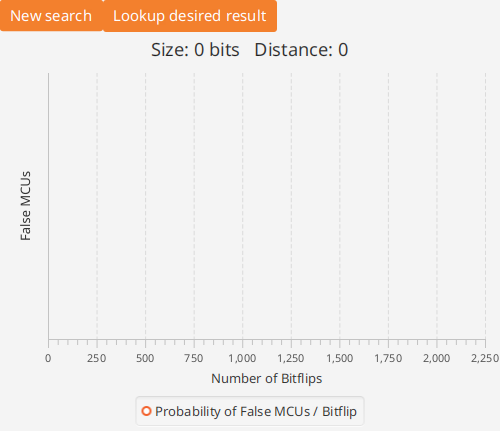
Repository: jalguacilgon/TFG-MemoryRadiation-JesusAlguacilGonzalez
Program's window: java TFG/MemoryRadiation/src/linechart/Memory.java
The author's editor kept a copy of each file at every save. The program's window is drawn from the files as they stood at one save, then again after the next save.
It runs on Java 21 on a 1366 x 768 screen with JavaFX 11; the title bar is not drawn.

Above is the program's window before, as saved 2021-09-08 18:00:57.

### TFG/MemoryRadiation/src/linechart/Memory.java
package linechart;

import java.io.IOException;

import form.MethodSelection;
import javafx.application.Application;
import javafx.stage.Stage;
import resources.FormToMemoryController;
import resources.MemoryToWindowController;
import javafx.scene.Scene;
import javafx.scene.chart.LineChart;
import javafx.scene.chart.NumberAxis;
import javafx.scene.chart.XYChart;
import javafx.scene.control.Button;
import javafx.scene.layout.HBox;
import javafx.scene.layout.Priority;
import javafx.scene.layout.StackPane;
import javafx.scene.layout.VBox;
import javafx.scene.text.Font;


public class Memory extends Application {

	private int size;
	private int D;
	private MethodSelection method;

	private double [] errors;
	private int nBitflips = 2000;


	@Override
	public void start(Stage primaryStage) {
		init(primaryStage);
	}

	private void init(Stage primaryStage) {
		// TODO Auto-generated method stub
		NumberAxis xAxis = new NumberAxis();
		xAxis.setLabel("Number of Bitflips");

		NumberAxis yAxis = new NumberAxis();
		yAxis.setLabel("False MCUs");

		LineChart<Number, Number> lineChart = new LineChart<Number, Number>(xAxis, yAxis);
		lineChart.setTitle("Size: " + this.size + " bits   Distance: " + this.D);

		XYChart.Series<Number, Number> data = new XYChart.Series<>();
		data.setName("Probability of False MCUs / Bitflip");

		if(this.method == MethodSelection.MD)
			this.calculateMD(data);
		else
			this.calculateIND(data);

		lineChart.getData().add(data);

        StackPane spLineChart = new StackPane();
        spLineChart.getChildren().add(lineChart);

        Button formButton = new Button("New search");
        formButton.setOnMouseClicked((event)->{
            FormToMemoryController controller = new FormToMemoryController();
            try {
            	controller.switchToForm(event);
			} catch (IOException e) {
				e.printStackTrace();
			}
        });
        formButton.setStyle("-fx-text-fill: white;-fx-background-color: #f3802d;-fx-cursor: hand;");
        Font font = new Font("Cantara", 15);
        formButton.setFont(font);

        Button windowButton = new Button("Lookup desired result");
        windowButton.setOnMouseClicked((event)->{
            MemoryToWindowController controller = new MemoryToWindowController();
            try {
            	controller.switchToWindow(event, this);
			} catch (IOException e) {
				e.printStackTrace();
			}
        });
        windowButton.setStyle("-fx-text-fill: white;-fx-background-color: #f3802d;-fx-cursor: hand;");
        windowButton.setFont(font);

        HBox hbox = new HBox();
        hbox.getChildren().addAll(formButton, windowButton);

        StackPane spButton = new StackPane();
        spButton.getChildren().add(hbox);

        VBox vbox = new VBox();
        VBox.setVgrow(spLineChart, Priority.ALWAYS);
        vbox.getChildren().addAll(spButton, spLineChart);

        HBox.setHgrow(spLineChart, Priority.ALWAYS);
        VBox.setVgrow(spLineChart, Priority.ALWAYS);

        Scene scene = new Scene(vbox);

		primaryStage.setTitle("Memory Radiation");
		primaryStage.setScene(scene);
		primaryStage.show();


	}

	private void calculateMD(XYChart.Series<Number, Number> data) {
		this.errors = new double [this.nBitflips + 1];
		double Np, Nbf, Nfm2;
		for(int i = 0; i <= this.nBitflips; ++i) {
			Nbf = i;
			Np =  (Nbf * (Nbf - 1))/2;
			Nfm2 = Math.pow(this.size, -1) * Np * 2 * this.D * (this.D + 1);
			this.errors[i] = 1 - Math.pow(Math.E, -Nfm2);
			System.out.println(i + ": Nbf: " + Nbf + ", Np: " + Np + ", Nfm2: " + Nfm2);
			data.getData().add(new XYChart.Data<Number, Number>(i, this.errors[i]));
		}
	}

	private void calculateIND(XYChart.Series<Number, Number> data) {
		this.errors = new double [this.nBitflips + 1];
		double Np, Nbf, Nfm2;
		for(int i = 1; i <= this.nBitflips; ++i) {
			Nbf = i;
			Np =  (Nbf * (Nbf - 1))/2;
			Nfm2 = Math.pow(this.size, -1) * Np * 4 * this.D * (this.D + 1);
			this.errors[i] = 1 - Math.pow(Math.E, -Nfm2);
			System.out.println(i + ": Nbf: " + Nbf + ", Np: " + Np + ", Nfm2: " + Nfm2);
			data.getData().add(new XYChart.Data<Number, Number>(i, this.errors[i]));
		}
	}

	public String findDesiredFalseMCUs(double desiredFalseMCUs) {
		for (int i = 0; i < this.errors.length; ++i) {
			if(this.errors[i] >= desiredFalseMCUs)
				return "" + i;
		}
		return "Could not find expected result";
	}

	public void setSize(int size) {
		this.size = size;
	}

	public void setD(int d) {
		D = d;
	}

	public void setMethod(MethodSelection method) {
		this.method = method;
	}
}

### TFG/MemoryRadiation/src/form/MethodSelection.java
package form;

public enum MethodSelection {
	MD,
	IND
}

After the next save:
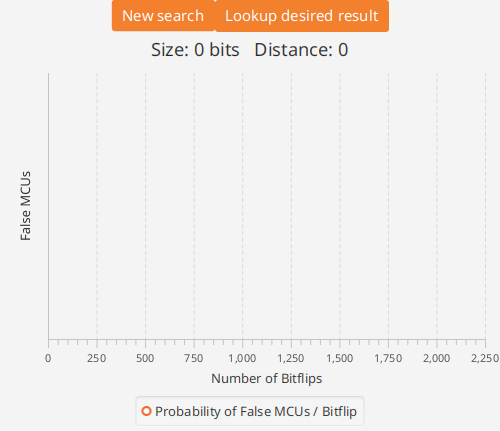
Saved 2 min 58 s later.
--- a/TFG/MemoryRadiation/src/linechart/Memory.java
+++ b/TFG/MemoryRadiation/src/linechart/Memory.java
@@ -4,6 +4,7 @@
 
 import form.MethodSelection;
 import javafx.application.Application;
+import javafx.geometry.Pos;
 import javafx.stage.Stage;
 import resources.FormToMemoryController;
 import resources.MemoryToWindowController;
@@ -85,6 +86,7 @@
 
         HBox hbox = new HBox();
         hbox.getChildren().addAll(formButton, windowButton);
+        hbox.setAlignment(Pos.CENTER);
 
         StackPane spButton = new StackPane();
         spButton.getChildren().add(hbox);
